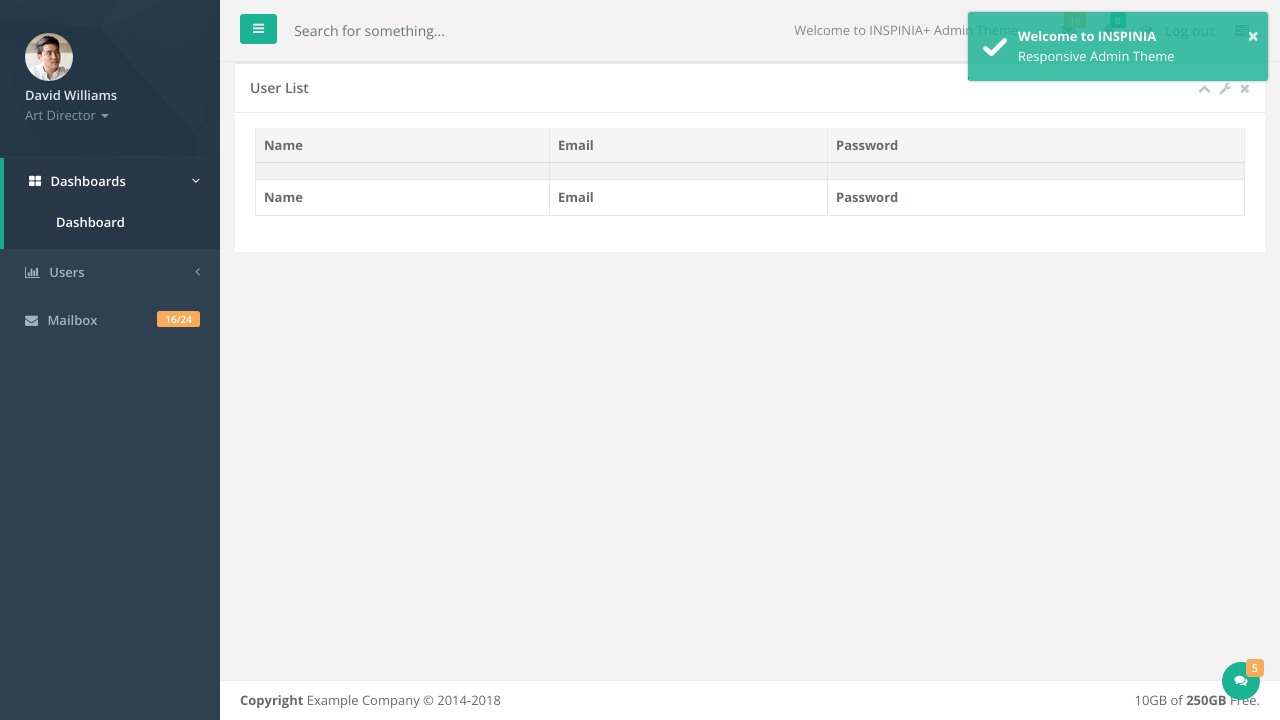
Repository: WAQARHUSSAIN12/quiz
Page: http://localhost/users
These files come from the project's save history. The page is drawn as it stood at one moment and after the next save; the edit follows.
The browser window is 1280 px wide. The pictures show the whole page.
The page is served by the project's Laravel application, run on PHP 8.4 with Laravel 9.

Above is the page before, as saved 2024-08-12 12:18:48.
Console error: TypeError: Cannot read properties of undefined (reading 'plugins')

After the next save:
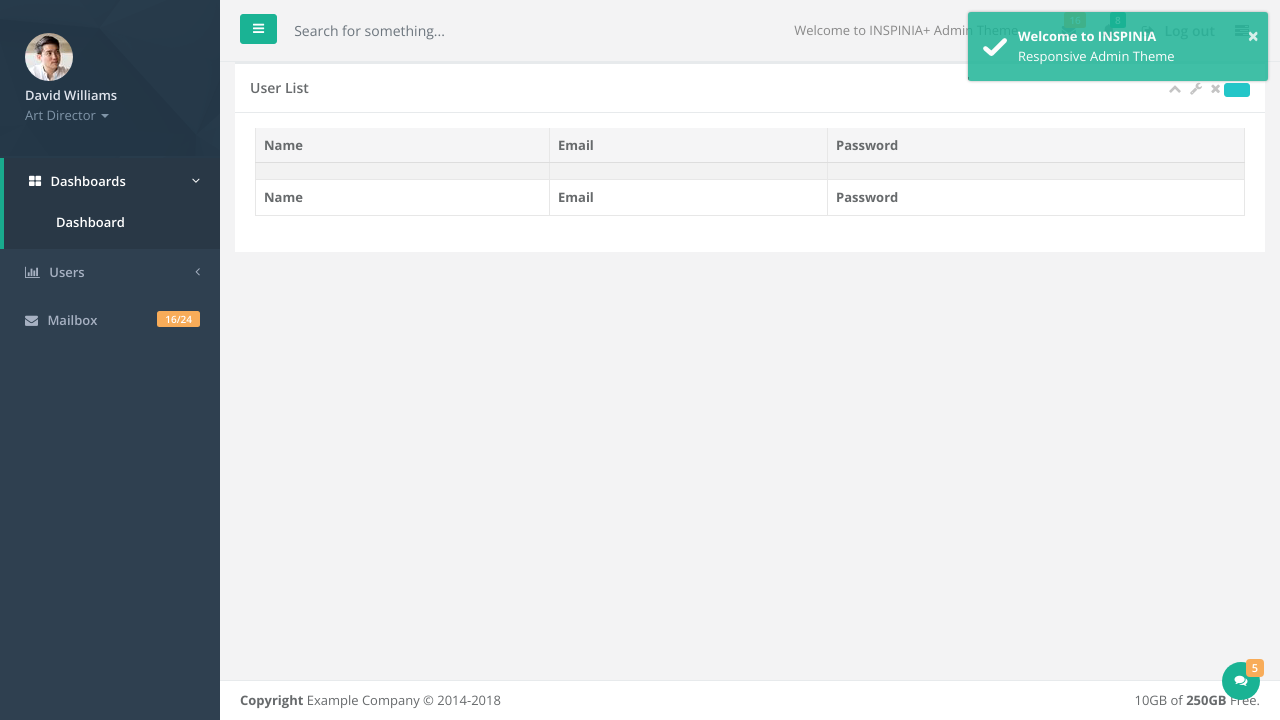
Saved 2 min 5 s later.
--- a/resources/views/backend/users/index.blade.php
+++ b/resources/views/backend/users/index.blade.php
@@ -28,6 +28,7 @@
                     <a class="close-link">
                         <i class="fa fa-times"></i>
                     </a>
+                    <button class="btn btn-info"></button>
                 </div>
             </div>
             <div class="ibox-content">
